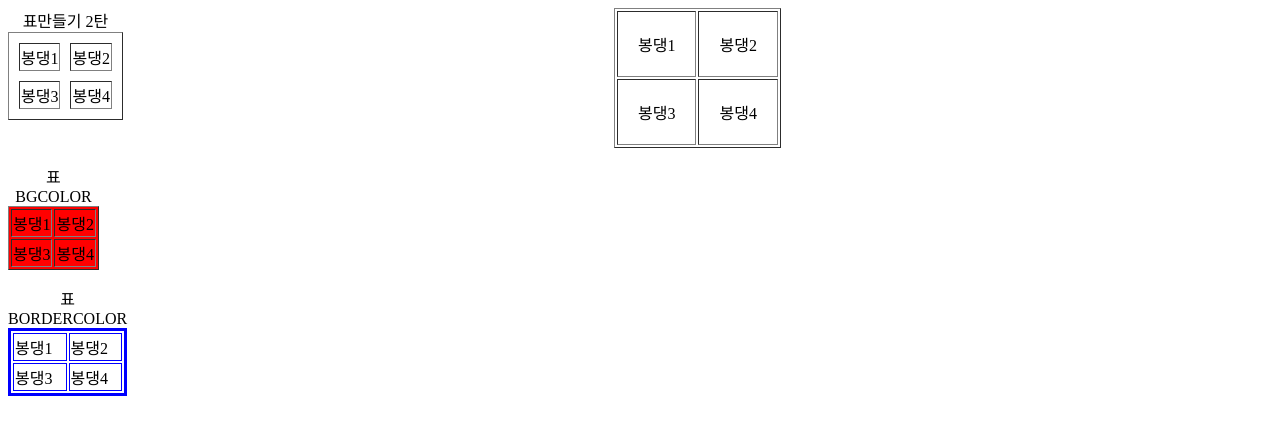
Repository: kisunssong/jsp
Page: http://localhost/test/table2.jsp
An editor plug-in stored every save of this project. The page is shown before and after the next save, followed by the edit.
The browser window is 1280 px wide. The pictures show the whole page.
The page is served by Tomcat 9.

Above is the page before, as saved 2020-10-28 14:34:28.

### test/WebContent/table2.jsp
<%@ page language="java" contentType="text/html; charset=EUC-KR"
    pageEncoding="EUC-KR"%>
<HTML>
<HEAD><TITLE>표만들기 2탄</TITLE></HEAD>
<TABLE BORDER="1" ALIGN="LEFT" CELLSPACING="10">
<!-- CELLSPACING 은 첫테두리와 문자가 들어간 테두리 간격차  -->
<CAPTION ALIGN="TOP">표만들기 2탄</CAPTION>
<!-- 표 제목은 해당 TABLE 바로 밑에 태그달기 -->
<TR><TD>봉댕1<TD>봉댕2</TR>
<TR><TD>봉댕3<TD>봉댕4</TR>
</TABLE><P>

<TABLE BORDER="1" ALIGN="CENTER" CELLPADDING="20" >
<!-- CELLPADDING 은 테두리와 글자사이 공간이 넓어진다 -->
<TR><TD>봉댕1<TD>봉댕2</TR>
<TR><TD>봉댕3<TD>봉댕4</TR>
</TABLE><P>

<TABLE BORDER="1" BGCOLOR="RED">
<CAPTION ALIGN="TOP">표 BGCOLOR</CAPTION>
<TR><TD>봉댕1<TD>봉댕2</TR>
<TR><TD>봉댕3<TD>봉댕4</TR>
</TABLE><P>

<TABLE BORDER="3" BORDERCOLOR="BLUE">
<CAPTION ALIGN="TOP">표  BORDERCOLOR</CAPTION>
<TR><TD>봉댕1<TD>봉댕2</TR>
<TR><TD>봉댕3<TD>봉댕4</TR>
</TABLE>
</HTML>

After the next save:
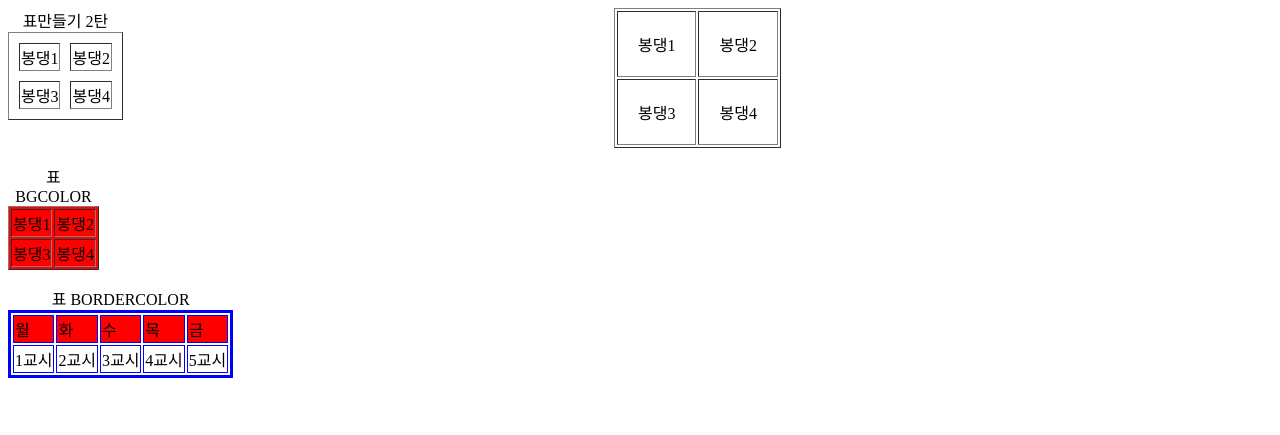
Saved 93 s later.
--- a/test/WebContent/table2.jsp
+++ b/test/WebContent/table2.jsp
@@ -24,7 +24,7 @@
 
 <TABLE BORDER="3" BORDERCOLOR="BLUE">
 <CAPTION ALIGN="TOP">표  BORDERCOLOR</CAPTION>
-<TR><TD>봉댕1<TD>봉댕2</TR>
-<TR><TD>봉댕3<TD>봉댕4</TR>
+<TR BGCOLOR="RED"><TD>월<TD>화<TD>수<TD>목<TD>금</TR>
+<TR><TD>1교시<TD>2교시<TD>3교시<TD>4교시<TD>5교시</TR>
 </TABLE>
 </HTML>
